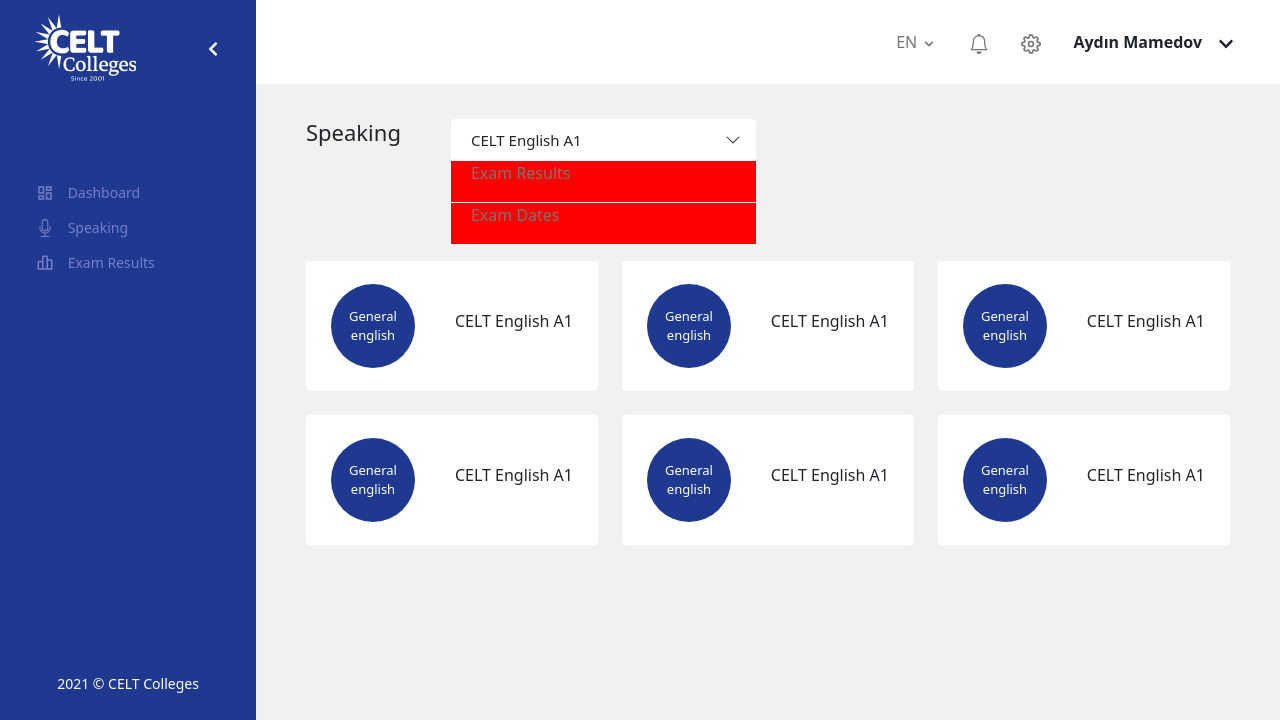
Repository: aydinws/celtapp
Page: /speaking
These files come from the project's save history. The page is drawn as it stood at one moment and after a run of saves; the edit follows.
The browser window is 1280 px wide. The pictures show the whole page.
The project was rebuilt for these pictures with package versions that can differ from the ones it lists, and the page was loaded fresh each time. Also part of the build but not shown: src/pages/Dashboard/index.js, src/pages/ExamResults/index.scss, src/components/Table/index.scss, src/components/Pagination/index.scss, src/components/Pagination/index.js, src/components/Table/index.js, src/pages/ExamResults/index.js.

Above is the page before, as saved 2021-06-10 00:29:20.

### src/App.js
import React from 'react';

// files
import './assets/css/app.scss';

// pages
import Dashboard from './pages/Dashboard';
import ExamResults from './pages/ExamResults';
import Speakings from './pages/Speakings';

// npm modules
import 'bootstrap/dist/css/bootstrap.css';
import { BrowserRouter as Router, Switch, Route } from "react-router-dom";


function App() {
  return (
    <Router>
      <Switch>
        <Route path="/" exact component={Dashboard} />
        <Route path="/speaking" exact component={Speakings} />
        <Route path="/examresults" exact component={ExamResults} />
      </Switch>
    </Router>
  );
}

export default App;

### src/assets/css/app.scss
@import 'code';

* {
    list-style: none !important;
    text-decoration: none !important;
    outline: none !important;
}

body {
    height: 100%;
    background-color: $bgColor !important;
}

.app {
    height: 100%;
    display: flex;

    .content {
        height: 100vh;
        flex: 1;
    }
}

.section {
    margin: 35px 50px;

    @media screen and (max-width:481px) {
        margin: 35px 20px;
    }

    .content-body-head {

        h3 {
            font-size: 22px;
            margin: 0 0 35px;
        }

        .search-input {
            width: 278px;
            height: 42px;
            border-radius: 4px;
            overflow: hidden;
            float: right;

            @media screen and (max-width:768px) {
                margin: 0 0 20px;
                width: 100%;
            }

            input {
                width: 236px;
                height: 42px;
                padding: 0 0 0 20px;
                border: 1px solid #FFFFFF;
                background-color: #FFFFFF;
                font-size: 15px;

                @media screen and (max-width:768px) {
                    width: calc(100% - 42px);
                }
            }

            input::placeholder {
                font-weight: 500;
            }

            svg {
                fill: $grayColor;
                padding: 12px;
                width: 42px;
                height: 42px;
                background-color: #FFFFFF;
                margin: 0 0 4px;
            }
        }
    }
}

.orange { fill: $orangeColor; color: $orangeColor !important; }
.red { fill: $redColor; color: $redColor !important; }
.green { fill: $greenColor; color: $greenColor !important; }
.c-pointer { cursor: pointer; }

### src/pages/Speakings/index.js
import React, { useState } from 'react';
import './index.scss';

// components
import Sidebar from '../../components/SideBar';
import TopBar from '../../components/TopBar';

//icons
import { BsChevronDown } from "react-icons/bs";

function Speaking() {

    const [visible, setVisible] = useState(true);

    const openCloseMenu = () => {
        setVisible(!visible);
    }
    return (
        <div className="app">
            {visible && <Sidebar openCloseMenu={openCloseMenu} />}

            <div className="content">
                <TopBar openCloseMenu={openCloseMenu} />

                <div className="section">
                    <div className="content-body-head">
                        <div className="row">
                            <div className="col-12 col-md-6 d-flex">
                                <h3>Speaking</h3>
                                <div className="select-option">
                                    <div className="select-option-btn">
                                        <span>CELT English A1</span>
                                        <BsChevronDown />
                                    </div>
                                    <div className="select-option-items">
                                        <ul>
                                            <li><a href="">Exam Results</a></li>
                                            <li><a href="">Exam Dates</a></li>
                                        </ul>
                                    </div>
                                </div>
                            </div>
                        </div>
                    </div>
                    <div className="content-body">
                        <div className="row">
                            <div className="col-12 col-md-6 col-lg-4 mb-4">
                                <div className="card card--speaking">
                                    <div className="card-circle">
                                        <p>General english</p>
                                    </div>
                                    <h6>CELT English A1</h6>
                                </div>
                            </div>
                            <div className="col-12 col-md-6 col-lg-4 mb-4">
                                <div className="card card--speaking">
                                    <div className="card-circle">
                                        <p>General english</p>
                                    </div>
                                    <h6>CELT English A1</h6>
                                </div>
                            </div>
                            <div className="col-12 col-md-6 col-lg-4 mb-4">
                                <div className="card card--speaking">
                                    <div className="card-circle">
                                        <p>General english</p>
                                    </div>
                                    <h6>CELT English A1</h6>
                                </div>
                            </div>
                            <div className="col-12 col-md-6 col-lg-4 mb-4">
                                <div className="card card--speaking">
                                    <div className="card-circle">
                                        <p>General english</p>
                                    </div>
                                    <h6>CELT English A1</h6>
                                </div>
                            </div>
                            <div className="col-12 col-md-6 col-lg-4 mb-4">
                                <div className="card card--speaking">
                                    <div className="card-circle">
                                        <p>General english</p>
                                    </div>
                                    <h6>CELT English A1</h6>
                                </div>
                            </div>
                            <div className="col-12 col-md-6 col-lg-4 mb-4">
                                <div className="card card--speaking">
                                    <div className="card-circle">
                                        <p>General english</p>
                                    </div>
                                    <h6>CELT English A1</h6>
                                </div>
                            </div>
                        </div>
                    </div>
                </div>
            </div>
        </div>
    );
}

export default Speaking;

### src/assets/css/code.scss
$bgColor: #F1F1F1;
$mainBlue: #1E398F;
$blueTextColor: #757ECB;
$orangeColor: #EE7100;
$redColor: #C10000;
$greenColor: #009F3F;
$grayColor: #767676;

### src/pages/Dashboard/index.scss
@import '../../assets/css/code.scss';
@import '../../assets/css/custom.scss';

.anime-h {
    height: 66px;
}

.content-body {
    .card {
        border-radius: 4px;
        padding: 23px 25px;
        overflow: hidden;

        &--dashboard {
            width: 100%;
            height: 100%;
            position: relative;
        }

        .card-header {
            border-bottom: 0.5px solid #DEDEDE;
            background-color: #FFFFFF;
            padding: 0;
            display: flex;
            justify-content: space-between;

            svg {
                fill: $orangeColor;
                width: 22px;
                height: 22px;
            }

            h4 {
                font-size: 18px;
                margin: 0 0 20px;
                padding: 0;
                cursor: pointer;
            }
        }

        ul {
            padding: 0;
        }

        ul li {
            margin-top: 25px;
        }

        ul li h4 {
            font-size: 15px;
            text-transform: uppercase;
            padding: 0;
        }

        ul li p {
            font-size: 12px;
            color: #878787;
        }

        label {
            display: flex;
            align-items: center;
            position: relative;
            cursor: pointer;
        }

        label {
            div {
                font-size: 15px;
                text-transform: uppercase;
                padding: 0;
                margin: 0 30px;
                font-weight: 500;
            }
        }

        a {
            color: $mainBlue;
            text-decoration: none;
            font-size: 13px;
            position: absolute;
            right: 0;
            bottom: 0;
            margin: 25px;
            font-weight: bold;
        }

        svg {
            fill: $mainBlue;
            width: 7px;
            padding: 0 0 2px;
        }
    }
}

### src/components/SideBar/index.js
import React from 'react';
import './index.scss';

// npm modules
import { Link } from "react-router-dom";

// icons
import { FaChevronLeft } from "react-icons/fa";
import { BsMic } from "react-icons/bs";
import { RiDashboardLine } from "react-icons/ri";
import { BiBarChartAlt2 } from "react-icons/bi";

// images
import Logo from '../../assets/images/logo.png';

function Sidebar({ openCloseMenu }) {
    return (
        <div className="side-bar">
            <div className="side-bar-content">
                <div className="side-bar-content-header">
                    <img src={Logo} alt="Logo" />
                    <FaChevronLeft onClick={openCloseMenu} />
                </div>
                <div className="side-bar-content-body">
                    <ul>
                        <li>
                            <Link to="/"><RiDashboardLine /> Dashboard</Link>
                        </li>
                        <li>
                            <Link to="/speaking"><BsMic /> Speaking</Link>
                        </li>
                        <li>
                            <Link to="/examresults"><BiBarChartAlt2 /> Exam Results</Link>
                        </li>
                    </ul>
                </div>
                <p>2021 © CELT Colleges</p>
            </div>
        </div>
    );
}

export default Sidebar;

### src/components/TopBar/index.js
import React from 'react';
import './index.scss';

// icons
import { FaChevronDown } from "react-icons/fa";
import { BsBell } from "react-icons/bs";
import { FiSettings } from "react-icons/fi";
import { GoThreeBars } from "react-icons/go";

// images
import Avatar from '../../assets/images/avatar.png';
import Logo from '../../assets/images/logo.png';

function TopBar({ openCloseMenu }) {
    return (
        <div className="top-bar">
            <img src={Logo} alt="Logo" />
            <ul>
                <li>
                    <span>EN <FaChevronDown /></span>
                </li>
                <li>
                    <BsBell />
                </li>
                <li>
                    <FiSettings onClick={openCloseMenu} />
                </li>
                <li>
                    <img src={Avatar} alt="Avatar" />
                    <span>Aydın Mamedov</span>
                    <FaChevronDown />
                </li>
                <li>
                    <GoThreeBars onClick={openCloseMenu} />
                </li>
            </ul>
        </div>
    );
}

export default TopBar;

### src/pages/Speakings/index.scss
@import '../../assets/css/code.scss';
@import '../../assets/css/custom.scss';

.anime-h {
    height: 64px;
}

.content-body {
    .card {
        border-radius: 4px;
        padding: 23px 25px;
        overflow: hidden;

        &--speaking {
            border: 0;
            flex-direction: row;
            justify-content: space-between;
            align-items: center;
            cursor: pointer;
        }

        .card-circle {
            width: 84px;
            height: 84px;
            background-color: $mainBlue;
            color: #FFFFFF;
            border-radius: 50%;
            text-align: center;
            display: flex;
            align-items: center;

            p {
                font-size: 13px;
                margin: 0;
            }

            h6 {
                font-size: 17px;
            }
        }
    }
}

.select-option {
    width: 100%;
    min-height: 42px;
    border-radius: 4px;
    margin: 0 0 0 50px;
    z-index: 5;
    overflow: hidden;

    .select-option-btn {
        cursor: pointer;
        width: 100%;
        height: 42px;
        background-color: #FFFFFF;
        display: flex;
        justify-content: space-between;
        align-items: center;
        padding: 0 5px 0 20px;
    }

    &:hover {
        background-color: #F9F9F9;
    }

    span {
        font-weight: 500;
        font-size: 15px;
    }

    svg {
        margin-right: 10px;
    }

    .select-option-items {
        width: 100%;
        height: auto;
        min-height: 42px;
        left: 0;
        top: 42px;
        background-color: #F9F9F9;

        ul {
            padding: 0;

            li {
                display: flex;
                align-items: center;

                a {
                    width: 100%;
                    height: 42px;
                    color: $grayColor;
                    padding-left: 20px;
                    background-color: red;
                    border-bottom: 1px solid #F5F5F5;
                }
            }
        }
    }
}

### src/assets/css/custom.scss
.custom-checkbox {
    position: absolute;
    opacity: 0;
    height: 0;
    width: 0;
}

.checkmark {
    position: absolute;
    top: 2px;
    left: 0;
    height: 18px;
    width: 18px;
    background-color: #eee;
    cursor: pointer;
    border-radius: 2px;
}

.custom-checkbox:hover input ~ .checkmark {
    background-color: #ccc;
}

.custom-checkbox:checked ~ .checkmark {
    background-color: $mainBlue;
}

.checkmark:after {
    content: "";
    position: absolute;
    display: none;
}

.custom-checkbox:checked ~ .checkmark:after {
    display: block;
}

.checkmark:after {
    left: 7px;
    top: 4px;
    width: 4px;
    height: 8px;
    border: solid white;
    border-width: 0 2px 2px 0;
    -webkit-transform: rotate(45deg);
    -ms-transform: rotate(45deg);
    transform: rotate(45deg);
}

.custom-radio {
    position: absolute;
    opacity: 0;
    height: 0;
    width: 0;
}

.radiomark {
    position: absolute;
    top: 2px;
    left: 0;
    height: 18px;
    width: 18px;
    background-color: #eee;
    cursor: pointer;
    border-radius: 50%;
}

.custom-radio input ~ .radiomark {
    background-color: #ccc;
}

.custom-radio:checked ~ .radiomark {
    background-color: $mainBlue;
}

.radiomark:after {
    content: "";
    position: absolute;
    display: none;
}

.custom-radio:checked ~ .radiomark:after {
    display: block;
}


.radiomark:after {
    top: 6px;
	left: 6px;
	width: 6px;
	height: 6px;
	border-radius: 50%;
	background: white;
}

### src/components/SideBar/index.scss
@import '../../assets/css/code.scss';

.side-bar {
    width: 256px;

    @media screen and (max-width:1024px) {
        position: fixed;
        z-index: 10;
    }

    .side-bar-content {
        width: 256px;
        height: 100%;
        position: fixed;
        z-index: 10;
        background-color: $mainBlue;

        p {
            width: 100%;
            text-align: center;
            position: absolute;
            bottom: 10px;
            color: #FFFFFF;
            font-size: 14px;
        }
    }

    .side-bar-content-header {
        display: flex;
        justify-content: space-between;
        padding: 14px 35px;
        align-items: center;

        svg {
            fill: #FFFFFF;
            cursor: pointer;
        }
    }

    .side-bar-content-body {
        ul {
            padding: 0;
            width: 100%;
            margin-top: 83px;
        }

        li {
            padding: 0 33px;
            margin: 10px 0;
            transition: border-left 200ms;
            border-left: 3px solid transparent;

            svg {
                width: 18px;
                height: 18px;
                fill: $blueTextColor;
                margin-right: 10px;
                margin-bottom: 3.5px;
                transition: fill 400ms;
            }

            a {
                font-size: 14px;
                color: $blueTextColor;
                text-decoration: none;
                transition: color 400ms;
            }

            &:hover {
                border-left: 3px solid #FFFFFF;
            }

            &:hover svg {
                fill: #FFFFFF;
            }

            &:hover a {
                color: #FFFFFF;
            }
        }
    }
}

### src/components/TopBar/index.scss
@import '../../assets/css/code.scss';

.top-bar {
    background-color: #FFFFFF;
    flex: 1;
    height: 84px;
    align-items: center;
    justify-content: space-between;
    z-index: 9;

    img {
        display: none;
    }

    @media screen and (max-width:1024px) {
        display: flex;
        background-color: $mainBlue;
        height: 69px;
        overflow: hidden;

        img {
            width: 69px;
            height: 47px;
            display: block;
            margin: 11px 20px;
        }
    }

    ul {
        display: flex;
        justify-content: flex-end;
        height: 84px;
        align-items: center;
        margin-right: 30px;

        @media screen and (max-width:1024px) {
            margin-right: 15px;
        }

        li {
            cursor: pointer;
            margin: 24px 16px;

            @media screen and (max-width:1024px) {
                margin: 17px 15px 0 0;
            }

            &:nth-child(1) span {
                color: $grayColor;
                @media screen and (max-width:1024px) {
                    color: #FFFFFF;
                }

                svg {
                    height: 10px;
                }
            }

            &:nth-child(2) {
                svg {
                    fill: $grayColor;
                    width: 20px;
                    height: 20px;

                    @media screen and (max-width:1024px) {
                        fill: #FFFFFF;
                    }
                }
            }

            &:nth-child(3) {
                svg {
                    stroke: $grayColor;
                    width: 20px;
                    height: 20px;
                }
            }

            &:nth-child(4) {
                img, span {
                    margin-right: 16px;
                }

                span {
                    font-weight: 600;
                }
            }

            &:nth-child(5) {
                @media screen and (min-width:1024px) {
                    display: none;
                }
                svg {
                    fill: $grayColor;
                    width: 20px;
                    height: 20px;
                    @media screen and (max-width:1024px) {
                        fill: #FFFFFF;
                    }
                }
            }

            @media screen and (max-width:1024px) {
                &:nth-child(3), &:nth-child(4) {
                    display: none;
                }
            }
        }
    }
}

Loaded but not shown: public/index.html (common file); src/index.js (common file)

After the next 2 saves:
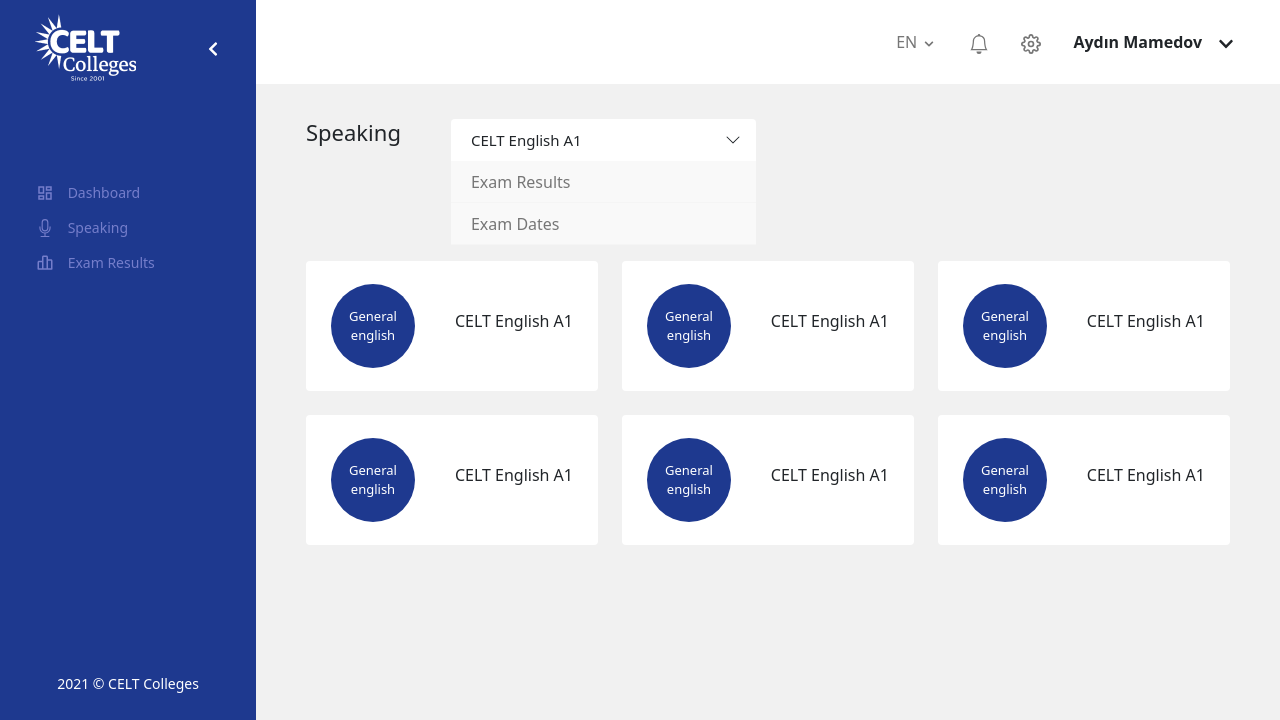
The 2 saves are shown as one change because they came seconds apart.
The last was saved 9 s later.
--- a/src/pages/Speakings/index.scss
+++ b/src/pages/Speakings/index.scss
@@ -85,15 +85,14 @@
             padding: 0;
 
             li {
-                display: flex;
-                align-items: center;
 
                 a {
                     width: 100%;
                     height: 42px;
+                    display: flex;
+                    align-items: center;
                     color: $grayColor;
                     padding-left: 20px;
-                    background-color: red;
                     border-bottom: 1px solid #F5F5F5;
                 }
             }
